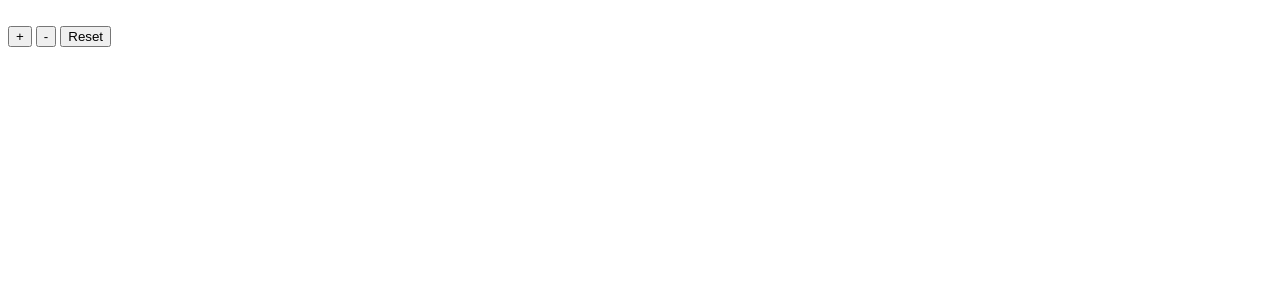
Repository: SafdarAliGit/HTML
Page: index.html
These files come from the project's save history. The page is drawn as it stood at one moment and after the next save; the edit follows.
The browser window is 1280 px wide. The pictures show the whole page.

Above is the page before, as saved 2024-11-14 03:45:47.

After the next save:
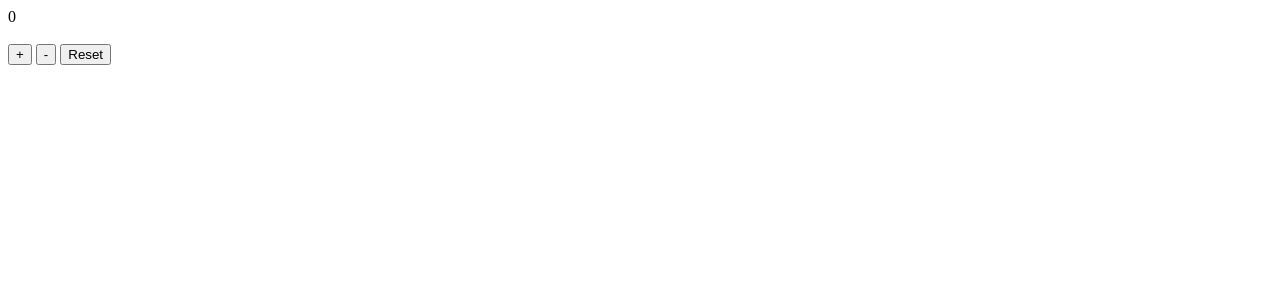
Saved 16 s later.
--- a/index.html
+++ b/index.html
@@ -6,7 +6,7 @@
     <title>Document</title>
 </head>
 <body>
-<div id="result"></div>
+<div id="result">0</div>
 <br>
 <input type="button" name="increament" id="increament" value="+">
 <input type="button" name="decreament" id="decreament" value="-">
